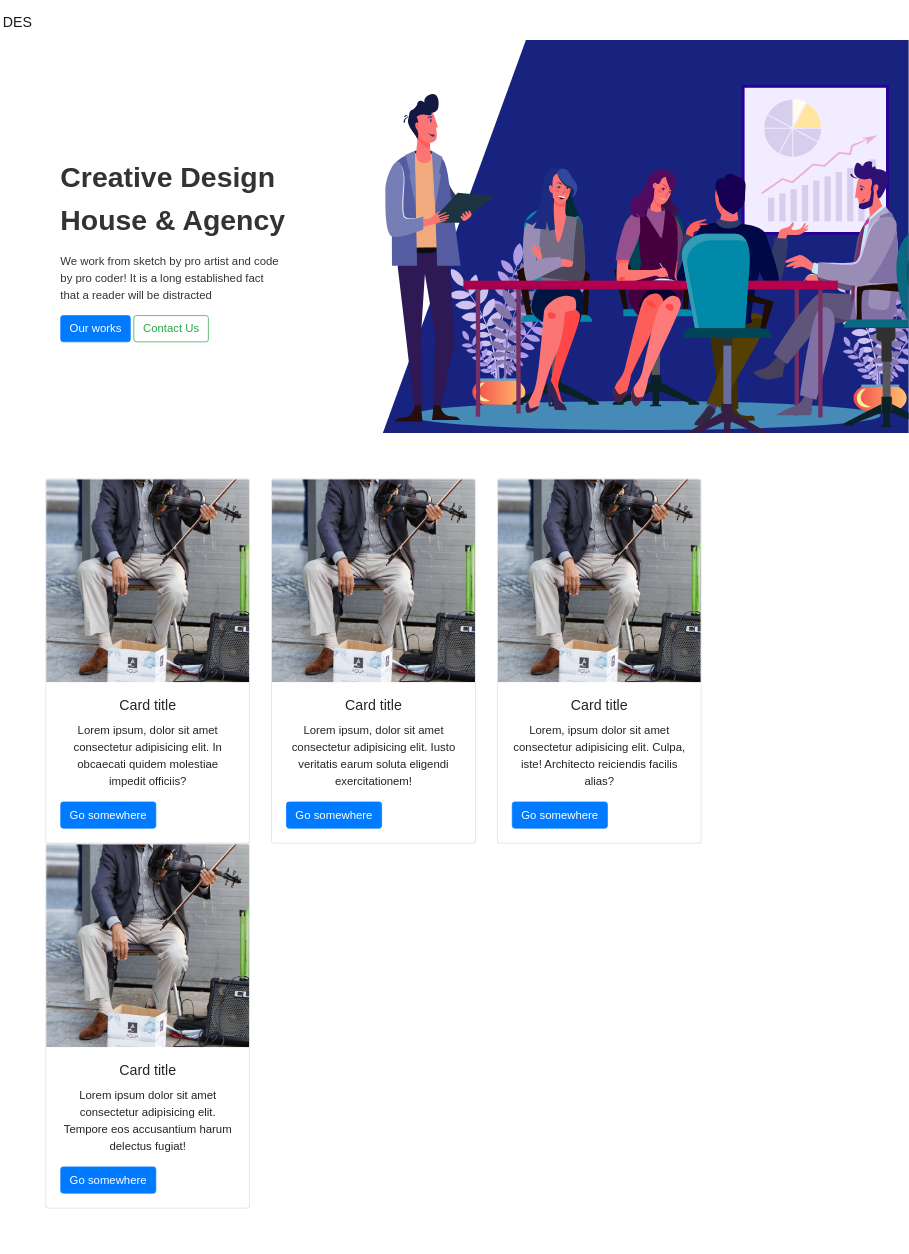
Repository: stephenkayade/Tarm
Page: index.html
The author's editor kept a copy of each file at every save. The page is drawn from the files as they stood at one save, then again after the next save.
The browser window is 1280 px wide. The pictures show the whole page, at 71% of full size.

Above is the page before, as saved 2020-05-07 11:22:40.

After the next save:
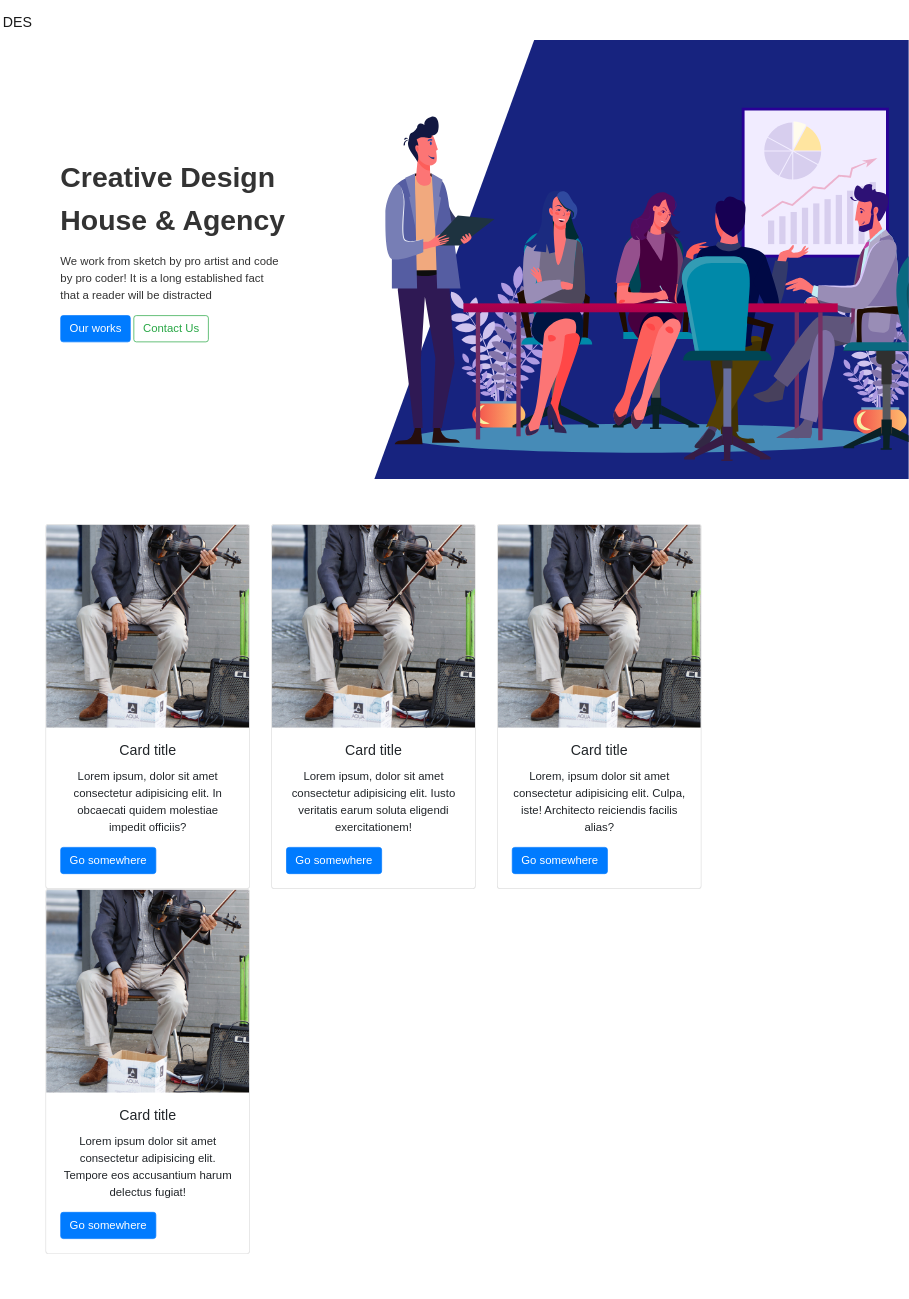
Saved 7 min 6 s later.
--- a/css/style.css
+++ b/css/style.css
@@ -36,7 +36,7 @@ body{
     display: flex;
     flex-direction: row;
     justify-content: center;
-    padding: 5%;
+    padding: 5%
 }
 
 
@@ -45,7 +45,7 @@ body{
     background: url('/img/adj.svg') no-repeat center center/cover;
     color: #333;
     padding-top: 5%;
-    padding-bottom: 10%;
+    padding-bottom: 15%;
 }
 .promo-title{
     font-size: 40px;
